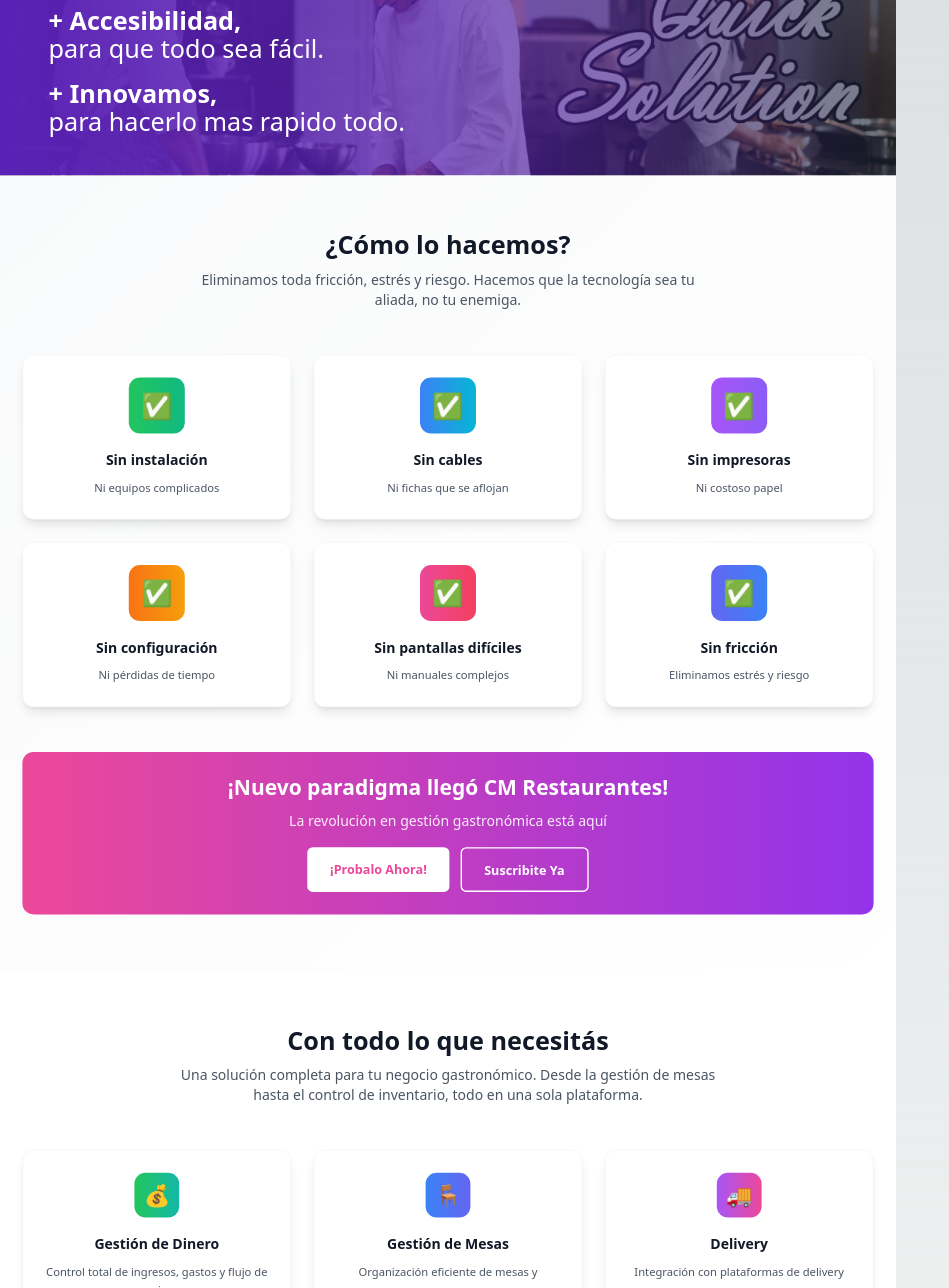
Repository: francoluca35/cmrestaurantes
Page: /
These files come from the project's save history. The page is drawn as it stood at one moment and after the next save; the edit follows.
The browser window is 1280 px wide. The page is 1356 px wide, so the pictures cover 1356 px, including what lies to the right of the window. The pictures show the part of the page from y = 806 to 2646 px (the page is 4748 px tall before and 2552 px after), at 70% of full size.
The project was rebuilt for these pictures with package versions that can differ from the ones it lists, and the page was loaded fresh each time. The framework's server and built-in components were replaced by stand-ins that run in the browser. Also part of the build but not shown: next.config.mjs.

Above is the page before, as saved 2025-08-24 01:34:41.

After the next save:
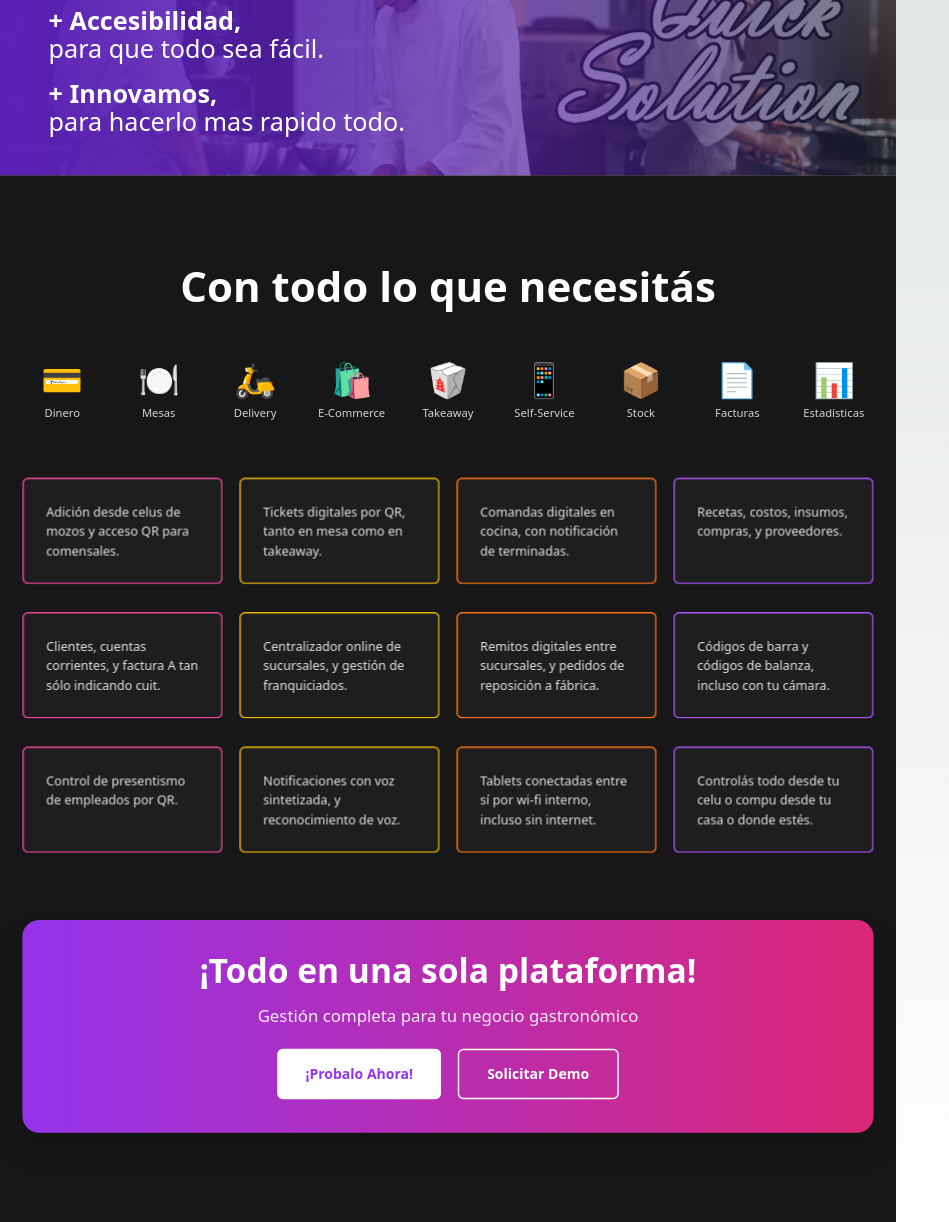
Saved 51 s later.
--- a/src/app/page.js
+++ b/src/app/page.js
@@ -18,11 +18,7 @@
         {/* Chef Section */}
         <ChefSection />
 
-        {/* Benefits Section */}
-        <Benefits />
 
-        {/* Features Section */}
-        <Features />
 
         {/* Features Grid Section */}
         <FeaturesGrid />
